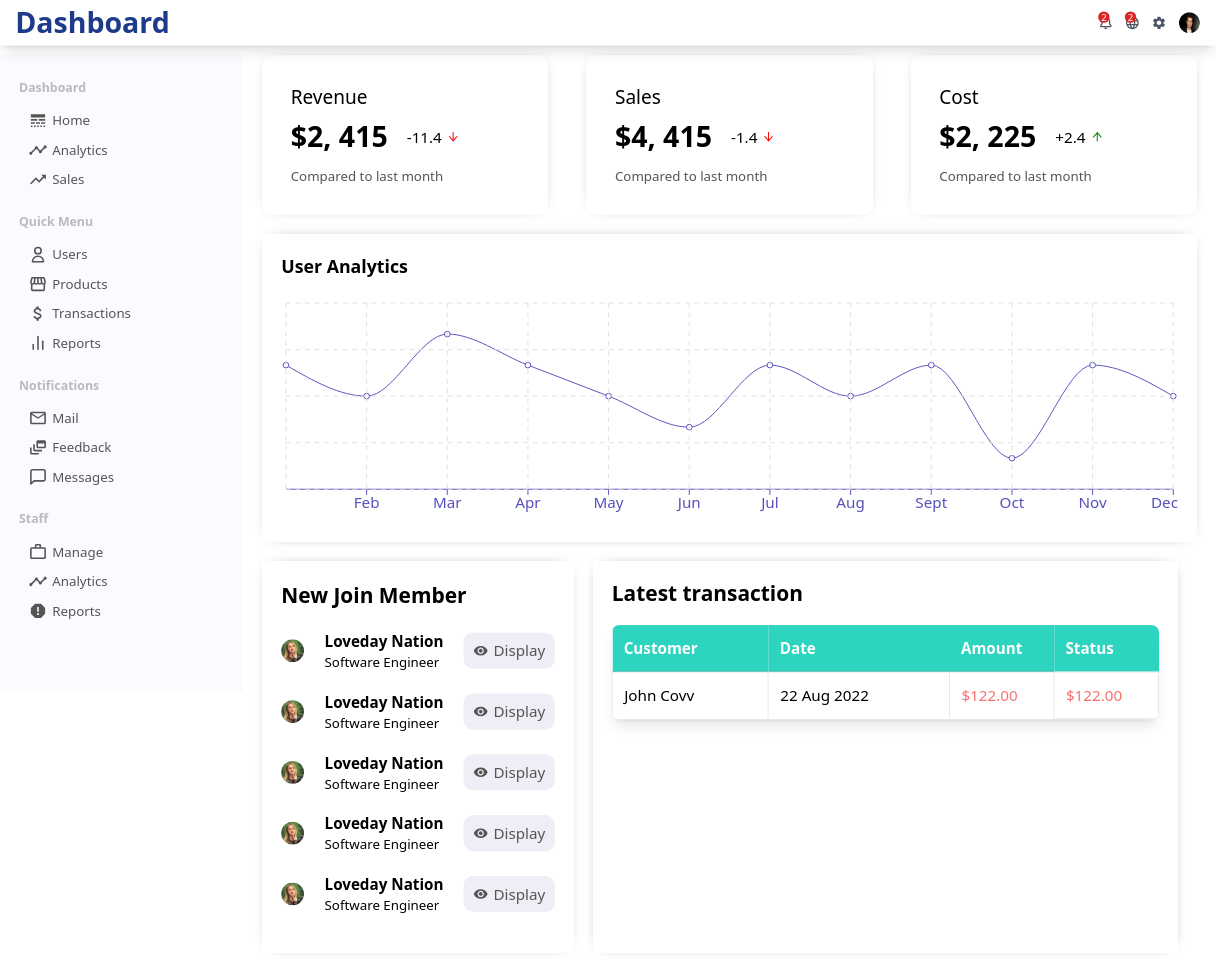
Repository: nation430/React-AdminDashboard
Page: /
The author's editor kept a copy of each file at every save. The page is drawn from the files as they stood at one save, then again after the next save.
The browser window is 1280 px wide. The pictures show the whole page, at 95% of full size.
The project was rebuilt for these pictures with package versions that can differ from the ones it lists, and the page was loaded fresh each time.

Above is the page before, as saved 2022-08-22 13:49:51.

After the next save:
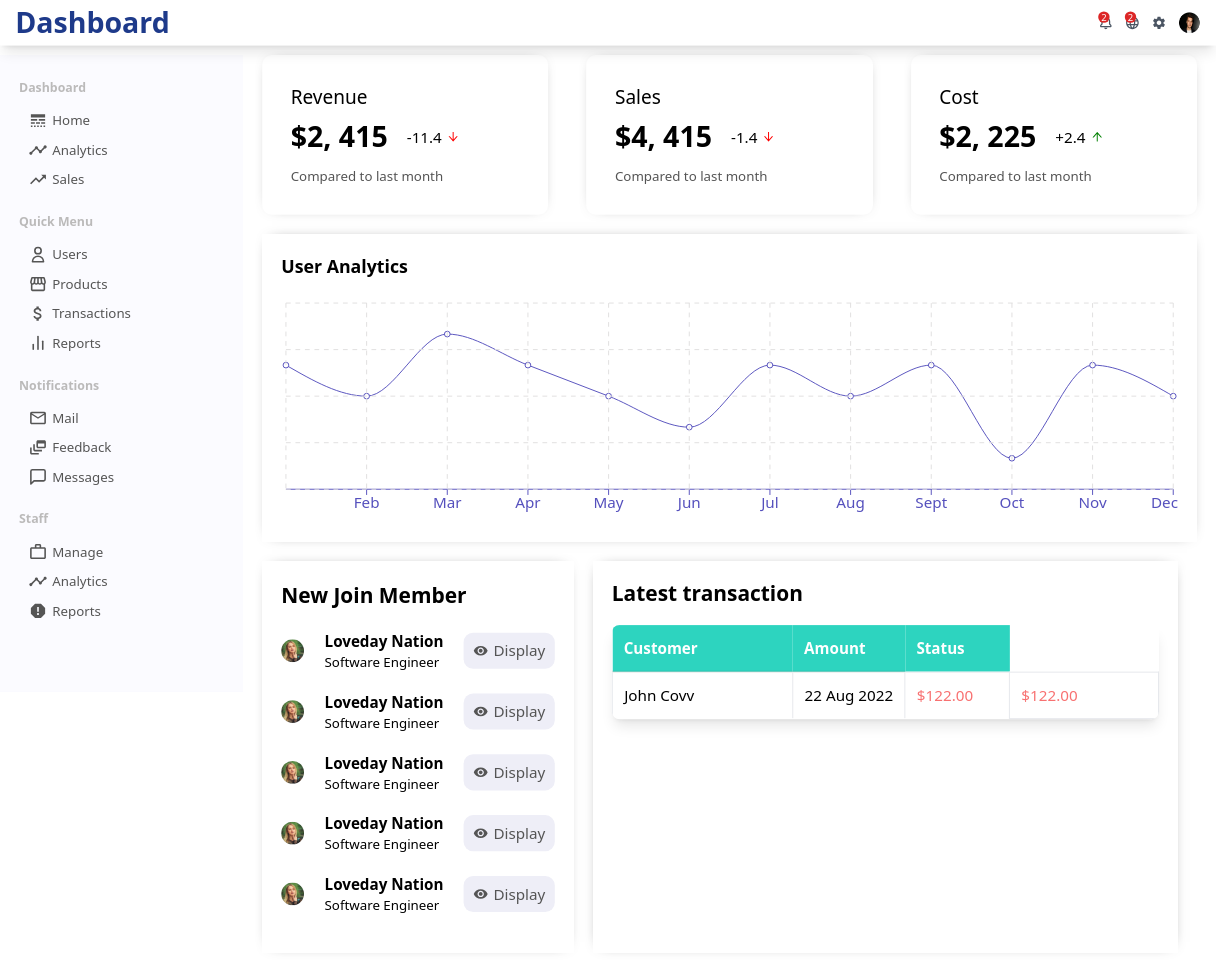
Saved 68 s later.
--- a/src/widgetLg/WidgetLg.jsx
+++ b/src/widgetLg/WidgetLg.jsx
@@ -9,7 +9,7 @@
 			<thead class="text-white">
 				<tr class="bg-teal-400 flex flex-col flex-no wrap sm:table-row rounded-l-lg sm:rounded-none mb-2 sm:mb-0">
 					<th class="p-3 text-left">Customer</th>
-					<th class="p-3 text-left">Date</th>
+
 					<th class="p-3 text-left" width="110px">Amount</th>
                     <th class="p-3 text-left" width="110px">Status</th>
 				</tr>

After the save that followed:
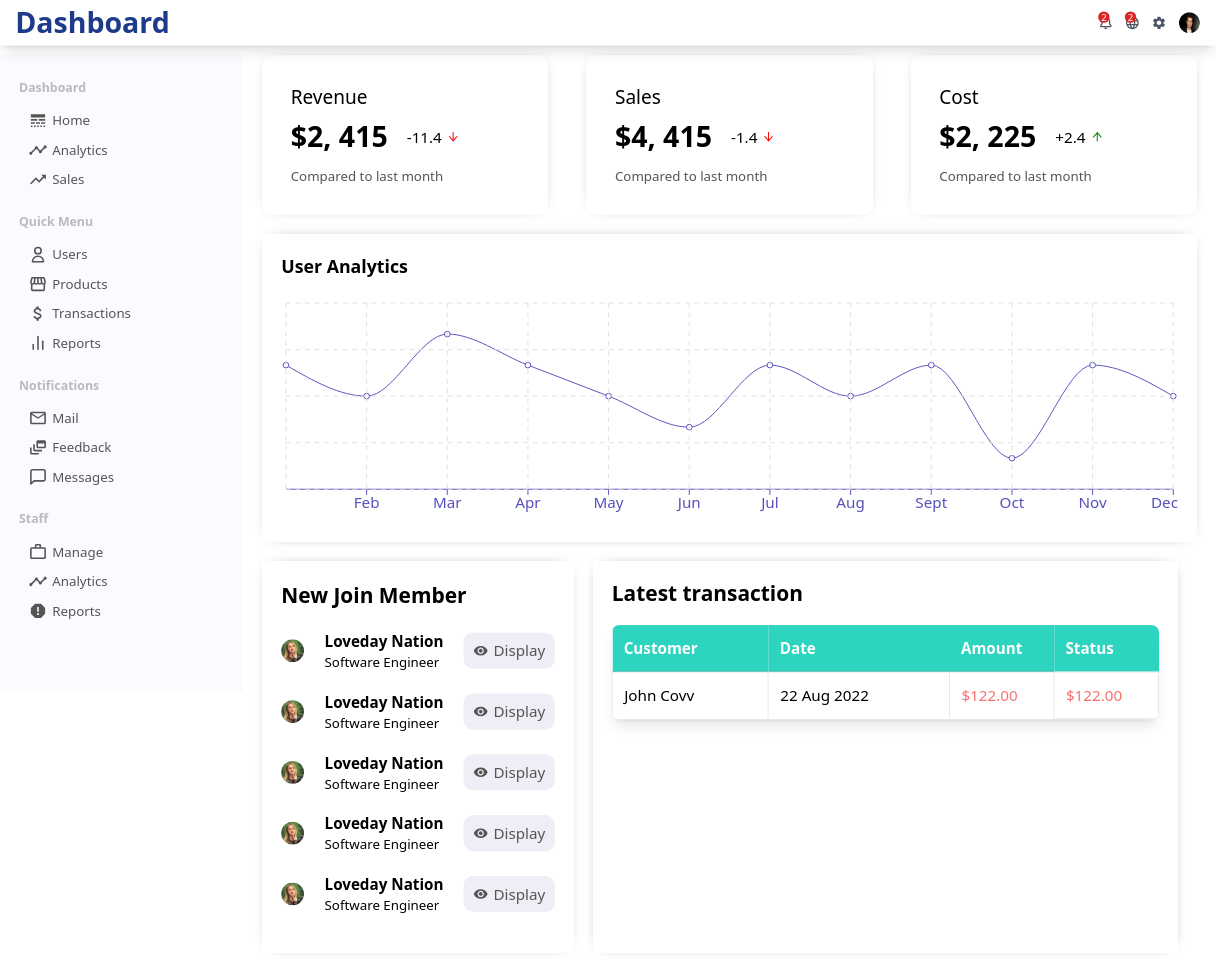
Saved 12 s later.
--- a/src/widgetLg/WidgetLg.jsx
+++ b/src/widgetLg/WidgetLg.jsx
@@ -9,7 +9,7 @@
 			<thead class="text-white">
 				<tr class="bg-teal-400 flex flex-col flex-no wrap sm:table-row rounded-l-lg sm:rounded-none mb-2 sm:mb-0">
 					<th class="p-3 text-left">Customer</th>
-
+					<th class="p-3 text-left">Date</th>
 					<th class="p-3 text-left" width="110px">Amount</th>
                     <th class="p-3 text-left" width="110px">Status</th>
 				</tr>
